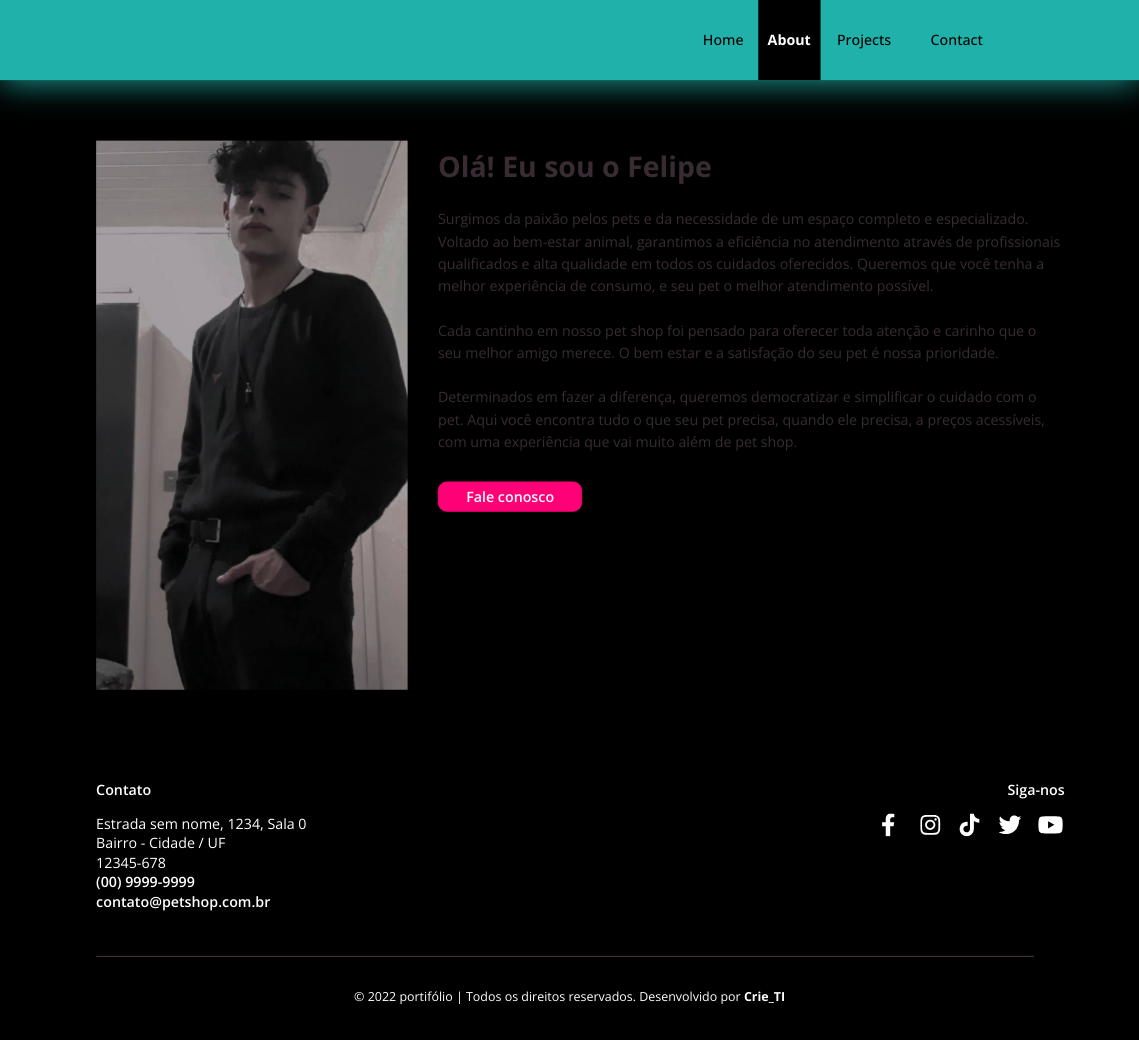
Repository: Fel1pit0/CRIE_TI
Page: Projetos/Portifólio/about.html
These files come from the project's save history. The page is drawn as it stood at one moment and after the next save; the edit follows.
The browser window is 1280 px wide. The pictures show the whole page, at 89% of full size.

Above is the page before, as saved 2022-05-25 14:35:30.

### Projetos/Portifólio/about.html
<!DOCTYPE html>
<html lang="en">
<head>
    <meta charset="UTF-8">
    <meta http-equiv="X-UA-Compatible" content="IE=edge">
    <meta name="viewport" content="width=device-width, initial-scale=1.0">
    <title>Portifólio</title>
    <link rel="stylesheet" href="styles.css">
    <link rel="preconnect" href="https://fonts.googleapis.com">
    <link rel="preconnect" href="https://fonts.gstatic.com" crossorigin>
    <link href="https://fonts.googleapis.com/css2?family=Roboto+Mono:wght@100&display=swap" rel="stylesheet">
</head>
<body>
    <header>
        <a href="index.html"></a>
        <nav class="pages">
          <div class="home-page"><a href="index.html">Home</a></div>
          <div class="about-page" style="background-color: black; color: #fff; font-weight: bold;"><a href="about.html">About</a></div>
          <div class="services-page"><a href="services.html">Projects</a></div>
          <div class="contact-page"><a href="contact.html">Contact</a></div>
        </nav>
    </header>

    <section id="about">
        <div>
          <img class="image-about" src="imagens/eu.jpeg" alt="minha-foto">
          <div class="desc-about">
            <h2>Olá! Eu sou o Felipe</h2>
            <p>Surgimos da paixão pelos pets e da necessidade de um espaço completo e especializado.<br/>
              Voltado ao bem-estar animal, garantimos a eficiência no atendimento através de profissionais qualificados e alta qualidade em todos os cuidados oferecidos. Queremos que você tenha a melhor experiência de consumo, e seu pet o melhor atendimento possível.<br/>
              <br>
              Cada cantinho em nosso pet shop foi pensado para oferecer toda atenção e carinho que o seu melhor amigo merece. O bem estar e a satisfação do seu pet é nossa prioridade.<br/>
              <br/>
              Determinados em fazer a diferença, queremos democratizar e simplificar o cuidado com o pet. Aqui você encontra tudo o que seu pet precisa, quando ele precisa, a preços acessíveis, com uma experiência que vai muito além de pet shop.
            </p>
              <div class="contact-button"><a href="contact.html">Fale conosco</a></div>
          </div>
        </div>
    </section>

      <footer>
        <div class="foot-logo"></div>
          <div class="row-foot">
            <div class="contact-foot">
              <p>Contato</p>
                <div class="desc-contact">
                    <span>
                    Estrada sem nome, 1234, Sala 0<br/>
                    Bairro - Cidade / UF<br/>
                    12345-678<br/>
                    </span>
                    <a href="tel:+550099999999">(00) 9999-9999</a><br/>
                    <a href="mailto:contato@petshop.com.br">contato@petshop.com.br</a><br/>
                </div>
            </div>
            <div class="time-foot">
            </div>
            <div class="follow-foot">
              <p>Siga-nos</p>
                <div class="desc-follow">
                    <div class="social-icons">
                        <div class="ico-social"><a href="https://www.facebook.com/"><svg xmlns="http://www.w3.org/2000/svg" viewBox="0 0 600 512"><!--! Font Awesome Pro 6.1.1 by @fontawesome - https://fontawesome.com License - https://fontawesome.com/license (Commercial License) Copyright 2022 Fonticons, Inc. --><path d="M279.14 288l14.22-92.66h-88.91v-60.13c0-25.35 12.42-50.06 52.24-50.06h40.42V6.26S260.43 0 225.36 0c-73.22 0-121.08 44.38-121.08 124.72v70.62H22.89V288h81.39v224h100.17V288z"/></svg></a></div>
                        <div class="ico-social"><a href="https://www.instagram.com/"><svg xmlns="http://www.w3.org/2000/svg" viewBox="0 0 600 512"><!--! Font Awesome Pro 6.1.1 by @fontawesome - https://fontawesome.com License - https://fontawesome.com/license (Commercial License) Copyright 2022 Fonticons, Inc. --><path d="M224.1 141c-63.6 0-114.9 51.3-114.9 114.9s51.3 114.9 114.9 114.9S339 319.5 339 255.9 287.7 141 224.1 141zm0 189.6c-41.1 0-74.7-33.5-74.7-74.7s33.5-74.7 74.7-74.7 74.7 33.5 74.7 74.7-33.6 74.7-74.7 74.7zm146.4-194.3c0 14.9-12 26.8-26.8 26.8-14.9 0-26.8-12-26.8-26.8s12-26.8 26.8-26.8 26.8 12 26.8 26.8zm76.1 27.2c-1.7-35.9-9.9-67.7-36.2-93.9-26.2-26.2-58-34.4-93.9-36.2-37-2.1-147.9-2.1-184.9 0-35.8 1.7-67.6 9.9-93.9 36.1s-34.4 58-36.2 93.9c-2.1 37-2.1 147.9 0 184.9 1.7 35.9 9.9 67.7 36.2 93.9s58 34.4 93.9 36.2c37 2.1 147.9 2.1 184.9 0 35.9-1.7 67.7-9.9 93.9-36.2 26.2-26.2 34.4-58 36.2-93.9 2.1-37 2.1-147.8 0-184.8zM398.8 388c-7.8 19.6-22.9 34.7-42.6 42.6-29.5 11.7-99.5 9-132.1 9s-102.7 2.6-132.1-9c-19.6-7.8-34.7-22.9-42.6-42.6-11.7-29.5-9-99.5-9-132.1s-2.6-102.7 9-132.1c7.8-19.6 22.9-34.7 42.6-42.6 29.5-11.7 99.5-9 132.1-9s102.7-2.6 132.1 9c19.6 7.8 34.7 22.9 42.6 42.6 11.7 29.5 9 99.5 9 132.1s2.7 102.7-9 132.1z"/></svg></a></div>
                        <div class="ico-social"><a href="https://www.tiktok.com/"><svg xmlns="http://www.w3.org/2000/svg" viewBox="0 0 600 512"><!--! Font Awesome Pro 6.1.1 by @fontawesome - https://fontawesome.com License - https://fontawesome.com/license (Commercial License) Copyright 2022 Fonticons, Inc. --><path d="M448,209.91a210.06,210.06,0,0,1-122.77-39.25V349.38A162.55,162.55,0,1,1,185,188.31V278.2a74.62,74.62,0,1,0,52.23,71.18V0l88,0a121.18,121.18,0,0,0,1.86,22.17h0A122.18,122.18,0,0,0,381,102.39a121.43,121.43,0,0,0,67,20.14Z"/></svg></a></div>
                        <div class="ico-social"><a href="https://twitter.com/"><svg xmlns="http://www.w3.org/2000/svg" viewBox="0 0 600 512"><!--! Font Awesome Pro 6.1.1 by @fontawesome - https://fontawesome.com License - https://fontawesome.com/license (Commercial License) Copyright 2022 Fonticons, Inc. --><path d="M459.37 151.716c.325 4.548.325 9.097.325 13.645 0 138.72-105.583 298.558-298.558 298.558-59.452 0-114.68-17.219-161.137-47.106 8.447.974 16.568 1.299 25.34 1.299 49.055 0 94.213-16.568 130.274-44.832-46.132-.975-84.792-31.188-98.112-72.772 6.498.974 12.995 1.624 19.818 1.624 9.421 0 18.843-1.3 27.614-3.573-48.081-9.747-84.143-51.98-84.143-102.985v-1.299c13.969 7.797 30.214 12.67 47.431 13.319-28.264-18.843-46.781-51.005-46.781-87.391 0-19.492 5.197-37.36 14.294-52.954 51.655 63.675 129.3 105.258 216.365 109.807-1.624-7.797-2.599-15.918-2.599-24.04 0-57.828 46.782-104.934 104.934-104.934 30.213 0 57.502 12.67 76.67 33.137 23.715-4.548 46.456-13.32 66.599-25.34-7.798 24.366-24.366 44.833-46.132 57.827 21.117-2.273 41.584-8.122 60.426-16.243-14.292 20.791-32.161 39.308-52.628 54.253z"/></svg></a></div>
                        <div class="ico-social"><a href="https://www.youtube.com/"><svg xmlns="http://www.w3.org/2000/svg" viewBox="0 0 600 512"><!--! Font Awesome Pro 6.1.1 by @fontawesome - https://fontawesome.com License - https://fontawesome.com/license (Commercial License) Copyright 2022 Fonticons, Inc. --><path d="M549.655 124.083c-6.281-23.65-24.787-42.276-48.284-48.597C458.781 64 288 64 288 64S117.22 64 74.629 75.486c-23.497 6.322-42.003 24.947-48.284 48.597-11.412 42.867-11.412 132.305-11.412 132.305s0 89.438 11.412 132.305c6.281 23.65 24.787 41.5 48.284 47.821C117.22 448 288 448 288 448s170.78 0 213.371-11.486c23.497-6.321 42.003-24.171 48.284-47.821 11.412-42.867 11.412-132.305 11.412-132.305s0-89.438-11.412-132.305zm-317.51 213.508V175.185l142.739 81.205-142.739 81.201z"/></svg></a></div>
                    </div>
                </div>
            </div>
          <div class="line-foot"></div>
          <div class="copy"><span>© 2022 portifólio | Todos os direitos reservados. Desenvolvido por <b>Crie_TI</b></span></div>
      </footer>
</body>
</html>

### Projetos/Portifólio/styles.css
@import url('https://fonts.googleapis.com/css2?family=Open+Sans:ital,wght@0,300;0,400;0,500;0,600;0,700;0,800;1,300;1,400;1,500;1,600;1,700;1,800&display=swap');
body{
  font-family: 'Open Sans', sans-serif;
  background-color: black;
}
.brand{
  width: 250px;
  margin-left: 50px;
}
header {
  background-color: #20B2AA;
  display: flex;
  align-items: center;
  position: fixed;
  padding: 0 50px;
  top: 0;
  left: 0px;
  right: 0px;
  height: 90px;
  box-shadow: 0 0 40px #20b2aa;
  z-index: 2;
}
.home-page, .about-page{
  display: inline-block;
  text-align: center;
  height: 90px;
  width: 70px;
}
.products-page, .services-page{
  display: inline-block;
  text-align: center;
  height: 90px;
  width: 90px;
}
.contact-page {
  display: inline-block;
  text-align: center;
  height: 90px;
  width: 110px;
}
.home-page a, .about-page a, .products-page a, .services-page a, .contact-page a{
  margin-top: 34px;
  margin-bottom: auto;
}
.pages {
  width: auto;
  font-weight: 450;
  justify-content: space-between;
  margin-left: auto;
  margin-right: 100px;
}
.pages a{
  color: inherit;
  text-decoration: none;
  display: inline-block;
}
.pages a:hover{
  color: #ff0077;
}
.banner {
  width: 100%;
  height: 600px;
  margin-top: 80px;
  object-fit: cover;
}
#our-services{
  text-align: center;
}
.sub-title{
  margin-top: 60px;
  text-align: center;
  color: #1A2138;
  font-size: 32px;
}
.column {
  display:inline-block;
  padding: 30px;
  width: 15%;
  height: 250px;
  vertical-align: middle;
}
.column a{
  color: inherit;
  text-decoration: none;
  display: inline-block;
}
.column a:hover svg{
  transform: matrix3d(1.176,-0.17,0.00,0,0.17,1.176,0.00,0,0,0,1,0,0,0,0,1);
  -webkit-transform: matrix3d(1.176,-0.17,0.00,0,0.17,1.176,0.00,0,0,0,1,0,0,0,0,1);
  transform-origin: center center 0px;
  transition: all 0.5s ease 0s;
  -webkit-transform-origin: center center 0px;
  -webkit-transition: all 0.5s ease 0s;
}
.service-ico{
  fill: #ff0077;
  width: 60px;
  margin: auto;
}
.service-name{
  text-align: center;
  font-weight: 600;
  color: #ff0077;
}
.service-description{
  text-align: center;
  width: 240px;
  color: #858585;
}
#description {
  width: 100%;
  height: 350px;
  background-color: #07f;
}
.desc-logo{
  margin-top: 60px ;
  margin-left: 100px;
  position: top;
  width: 18%;
  height: 80px;
}
.desc-text{
  color: #fff;
  margin: 0 100px 0 100px;
  font-size: large;
}
#products{
  margin-top: 5em;
  text-align: center;
}
.product-column {
  display:inline-block;
  margin-left: 20px;
  width: 10em;
  height: 20em;
}
.product-column a{
  color: inherit;
  text-decoration: none;
}
.product-column:hover{
  border: 1px solid #cecece;
  border-radius: 10px;
  transform: matrix3d(1.2,0,0.00,0,0.00,1.2,0.00,0,0,0,1,0,0,0,0,1);
  transform-origin: center center 0px;
  transition: all 0.5s ease 0s;
  -webkit-transform-origin: center center 0px;
  -webkit-transition: all 0.5s ease 0s;
}
.product-column:hover img{
  opacity: 60%;
}
.product-ico{
  width: 140px;
  margin: 10px auto;
}
.product-name{
  font-size: 14px;
  font-weight: 500;
  color: #858585;
  width: 10em;
  height: 6em;
  margin-right: auto;
  margin-left: auto;
}
.product-price{
  align-items: flex-end;
  color: #ff0077;
  font-weight: bold;
}
.row{
  margin-top: 2em;
}
.product-more{
  width: 8em;
  margin-left: auto;
  margin-right: auto;
}
.button{
  background-color: #ff0077;
  color: #fff;
  font-weight: 400;
  height: 2em;
  margin-top: 2em;
  border: 1px solid #f07;
  border-radius: 10px;
  display: flex;
  justify-content: center;
  align-items: center;
}
.button:hover{
  transform: scale(1.03);
  transform-origin: center center 0px;
  transition: all 0.5s ease 0s;
  -webkit-transform-origin: center center 0px;
  -webkit-transition: all 0.5s ease 0s;
}
.button a{
  color: inherit;
  text-decoration: none;
}
footer{
  background-color: black;
  color: #fff;
  width: 100%;
  height: 300px;
}
.foot-logo svg{
  width: 15%;
  margin-top: 50px;
  margin-left: 100px;
  margin-bottom: 20px;
}
.row-foot{
  display: inline-block;
  width: 100%;
}
.contact-foot{
  display: inline-block;
  width: 330px;
  margin-left: 100px;
}
.contact-foot p{
  font-weight: 600;
  font-size: 16px;
}
.contact-foot a{
  color: inherit;
  text-decoration: none;
  font-weight: 600;
}
.desc-contact span{
  font-weight: lighter;
  width: 250px;
}
.time-foot{
  vertical-align: top;
  display: inline-block;
  width: 400px;
  text-align: center;
  font-weight: 600;
  font-size: 16px;
}
.desc-time span{
  margin-bottom: 0;
  font-weight: 100;
  width: 400px;
}
.follow-foot{
  vertical-align: top;
  display: inline-block;
  width: 300px;
  height: 20px;
  margin-left: 50px;
  text-align: right;
  font-weight: 600;
}
.ico-social{
  display: inline-block;
  margin: 0 0 0 10px;
  height: 30px;
  width: 30px;
}
.ico-social a{
  display: inline-block;
  width: 30px;
  vertical-align: top;
  margin: 0 0 30px;
  fill: #fff;
}
.ico-social:hover{
  transform: matrix3d(1.2,-0.26,0.00,0,0.26,1.164,0.00,0,0,0,1,0,0,0,0,1);
  transform-origin: center center 0px;
  transition: all 0.5s ease 0s;
  -webkit-transform-origin: center center 0px;
  -webkit-transition: all 0.5s ease 0s;
}
.line-foot{
  background-color: #ffd8ea;
  opacity: 30%;
  margin: 50px 110px 0 100px;
  width: auto;
  height: 1px;
}
.copy{
  margin-top: 35px;
  font-weight:lighter;
  font-size: 14px;
  text-align: center;
}
#about{
  margin-bottom: 5em;
  color: white;
}
.image-about{
  display: inline-block;
  width: 350px;
  height: auto;
  margin: 150px 0 0 100px;
}
.desc-about{
  display: inline-block;
  margin: 130px 0 0 30px;
  width: 700px;
  vertical-align: top;
}
.desc-about h2{
  color: #382c32;
  font-size: 32px;
}
.desc-about p{
  color: #382c32;
  font-size: 16px;
  font-weight: lighter;
  line-height: 25px;
}
.contact-button{
  width: 10em;
  background-color: #ff0077;
  color: #fff;
  font-size: 16px;
  font-weight: 600;
  height: 2em;
  margin-top: 2em;
  border: 1px solid #f07;
  border-radius: 10px;
  display: flex;
  justify-content: center;
  align-items: center;
}
.contact-button a{
  color: inherit;
  text-decoration: none;
  width: 10em;
  text-align: center;
}
.contact-button:hover{
  transform: scale(1.03);
  transform-origin: center center 0px;
  transition: all 0.5s ease 0s;
  -webkit-transform-origin: center center 0px;
  -webkit-transition: all 0.5s ease 0s;
}
.products-title{
  font-size: 32px;
  text-align: left;
  margin-top: 150px;
  margin-left: 100px;
  color: #1A2138;
}
#services{
  margin-top: 90px;
}
#products{
  margin-bottom: 5em;
}
.shower{
  background-image: url(Imagens/Serviços/bath-and-groom.jpg);
  height: 350px;
  background-size: 500px 350px;
  background-position: left;
  background-repeat: no-repeat;
}
.desc-shower{
  display: inline-block;
  width: 600px;
  vertical-align: top;
  margin: 0 0 0 550px;
}
.desc-shower h3{
  color: #f07;
  font-size: 24px;
  font-weight: 400
}
.desc-shower span{
  color: #382c32;
  font-size: 18px;
  font-weight: 400;
  line-height: 25px;
}
.desc-shower p{
  color: #382c32;
  opacity: 80%;
  font-size: 16px;
  font-weight: 400;
  line-height: 25px;
}
.medic{
  background-color: #f07;
  background-image: url(Imagens/Serviços/medical-center.jpg);
  height: 350px;
  background-size: 500px 350px;
  background-position: right;
  background-repeat: no-repeat;
}
.desc-medic{
  display: inline-block;
  width: 650px;
  vertical-align: top;
  margin: 10px 0 0 100px;
  text-align: right;
}
.desc-medic h3{
  color: #fff;
  font-size: 24px;
  font-weight: 400
}
.desc-medic span{
  color: #fff;
  font-size: 18px;
  font-weight: 500;
  line-height: 30px;
}
.desc-medic p{
  color: #fff;
  opacity: 80%;
  font-size: 16px;
  font-weight: 100;
  line-height: 30px;
}
.drug{
  background-color: #07f;
  background-image: url(Imagens/Serviços/drugstore.jpg);
  height: 350px;
  background-size: 500px 350px;
  background-position: left;
  background-repeat: no-repeat;
}
.desc-drug{
  display: inline-block;
  width: 600px;
  vertical-align: top;
  margin: 30px 0 0 550px;
}
.desc-drug h3{
  color: #fff;
  font-size: 24px;
  font-weight: 400
}
.desc-drug span{
  color: #fff;
  font-size: 18px;
  font-weight: 400;
  line-height: 25px;
}
.desc-drug p{
  color: #fff;
  opacity: 80%;
  font-size: 16px;
  font-weight: 400;
  line-height: 25px;
}
.delivery{
  background-color: #FF320D;
  background-image: url(Imagens/Serviços/delivery.jpg);
  height: 350px;
  background-size: 500px 700px;
  background-position: right;
  background-repeat: no-repeat;
}
.desc-delivery{
  display: inline-block;
  width: 650px;
  vertical-align: top;
  margin: 50px 0 0 100px;
  text-align: right;
}
.desc-delivery h3{
  color: #fff;
  font-size: 24px;
  font-weight: 400
}
.desc-delivery span{
  color: #fff;
  font-size: 18px;
  font-weight: 500;
  line-height: 30px;
}
.desc-delivery p{
  color: #fff;
  opacity: 80%;
  font-size: 16px;
  font-weight: 100;
  line-height: 30px;
}
.pick{
  background-color: #C10DFF;
  background-image: url(Imagens/Serviços/pick-up.jpg);
  height: 350px;
  background-size: 500px 350px;
  background-position: left;
  background-repeat: no-repeat;
}
.desc-pick{
  display: inline-block;
  width: 600px;
  vertical-align: top;
  margin: 50px 0 0 550px;
}
.desc-pick h3{
  color: #fff;
  font-size: 24px;
  font-weight: 400
}
.desc-pick span{
  color: #fff;
  font-size: 18px;
  font-weight: 400;
  line-height: 25px;
}
.desc-pick p{
  color: #fff;
  opacity: 80%;
  font-size: 16px;
  font-weight: 400;
  line-height: 25px;
}
.care{
  background-color: #6cf515;
  background-image: url(Imagens/Serviços/daycare.jpg);
  height: 350px;
  background-size: 500px 350px;
  background-position: right;
  background-repeat: no-repeat;
}
.desc-care{
  display: inline-block;
  width: 650px;
  vertical-align: top;
  margin: 30px 0 0 100px;
  text-align: right;
}
.desc-care h3{
  color: #fff;
  font-size: 24px;
  font-weight: 400
}
.desc-care span{
  color: #fff;
  font-size: 18px;
  font-weight: 500;
  line-height: 30px;
}
.desc-care p{
  color: #fff;
  opacity: 80%;
  font-size: 16px;
  font-weight: 100;
  line-height: 30px;
}
.hotel{
  background-color: #353535;
  height: 350px;
}
.hotel-img{
  width: 500px;
  height: 350px;

}
.desc-hotel{
  display: inline-block;
  width: 650px;
  vertical-align: top;
  margin: 50px 0 0 50px;
}
.desc-hotel h3{
  color: #fff;
  font-size: 24px;
  font-weight: 400
}
.desc-hotel span{
  color: #fff;
  font-size: 18px;
  font-weight: 400;
  line-height: 25px;
}
.desc-hotel p{
  color: #fff;
  opacity: 80%;
  font-size: 16px;
  font-weight: 300;
  line-height: 25px;
  width: 600px;
}
#talk{
  margin-bottom: 5em;
  width: 100%;
}
.inputs{
  display: inline-block;
  margin-left: 100px;
  width: 50%;
}
.input-name{
  color: #858585;
  font-size: 14px;
}
.form-item{
  width: 100%;
  min-height: 35px;
  margin-bottom: 20px;
  border: 1px solid #858585;
  border-radius: 5px;
  box-sizing: border-box;
  background-color: #fff;
  font-size: 16px;
}
.send-button{
  width: 7em;
  background-color: #ff0077;
  color: #fff;
  font-size: 16px;
  font-weight: 600;
  height: 40px;
  border: 1px solid #f07;
  border-radius: 10px;
  justify-content: center;
  align-items: center;
}
.send-button a{
  color: inherit;
  text-decoration: none;
  width: 10em;
  text-align: center;
}
.send-button:hover{
  transform: scale(1.03);
  transform-origin: center center 0px;
  transition: all 0.5s ease 0s;
  -webkit-transform-origin: center center 0px;
  -webkit-transition: all 0.5s ease 0s;
}
.infos{
  width: 450px;
  display: inline-block;
  margin-left: 30px;
}
.info-item{
  font-size: 13px;
  font-weight: 600;
  color: #858585;
  margin-bottom: 0px;
}
.infos a{
  color: #f07;
  text-decoration: none;
  font-size: 16px;
  font-weight: 600;
}

After the next save:
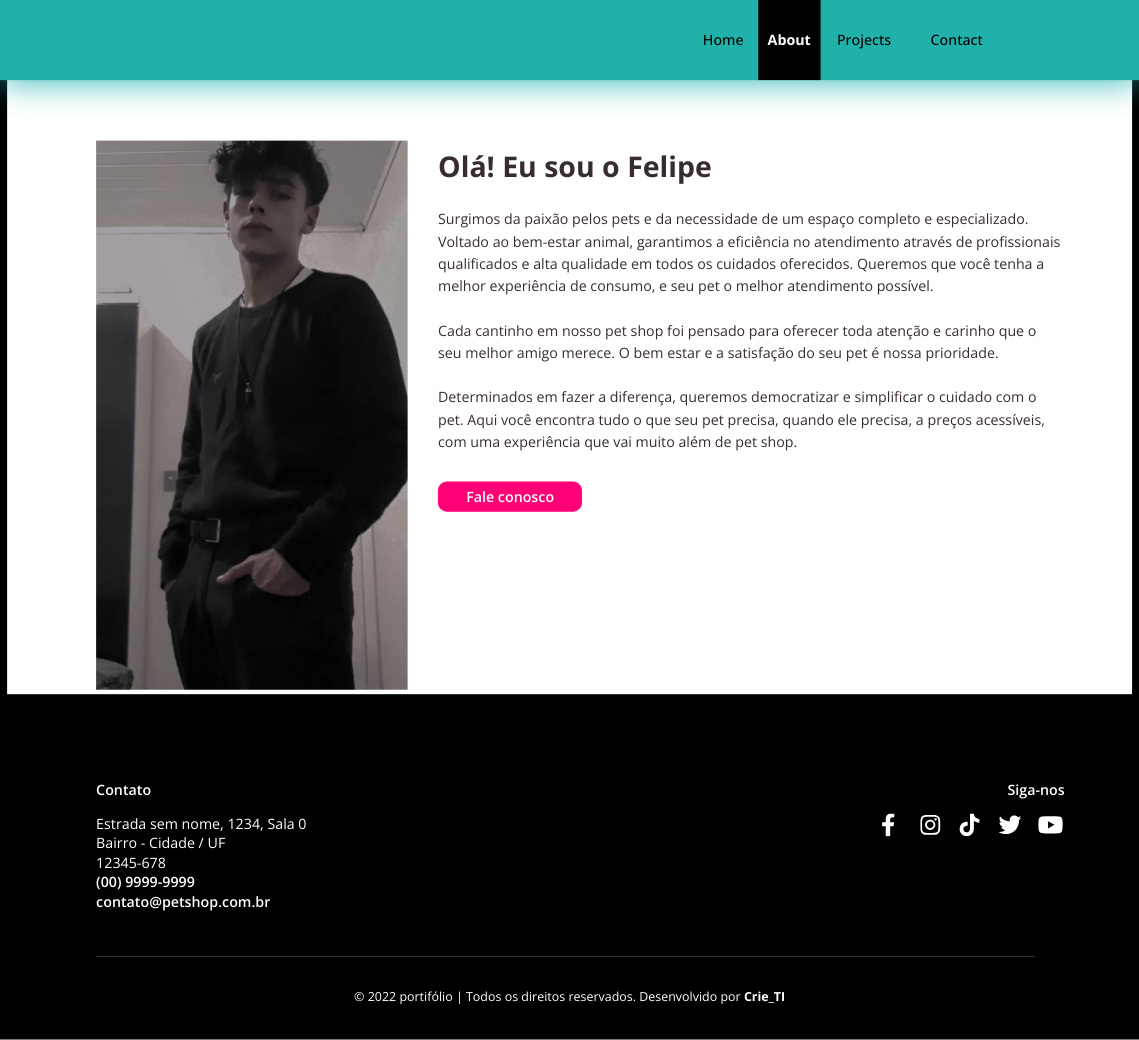
Saved 12 s later.
--- a/Projetos/Portifólio/styles.css
+++ b/Projetos/Portifólio/styles.css
@@ -290,7 +290,7 @@ footer{
 }
 #about{
   margin-bottom: 5em;
-  color: white;
+  background-color: white;
 }
 .image-about{
   display: inline-block;
